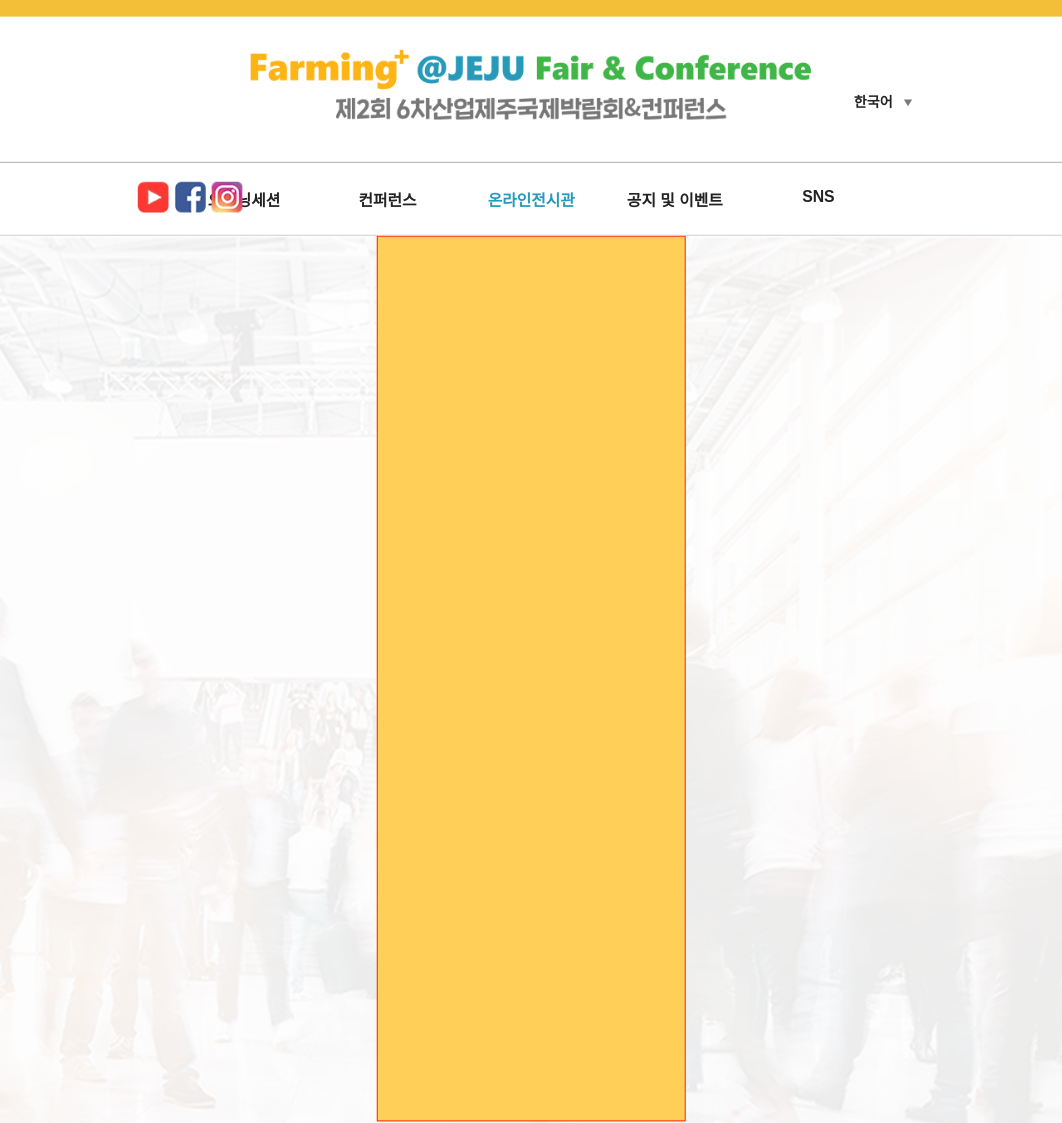
Repository: dfd1123/jeju
Page: public/html/online_exhibition.html
The author's editor kept a copy of each file at every save. The page is drawn from the files as they stood at one save, then again after the next save.
The browser window is 1280 px wide. The pictures show the whole page, at 83% of full size.
Some web fonts or font styles are not loaded; a fallback is used.

Above is the page before, as saved 2020-10-19 20:29:37.

After the next save:
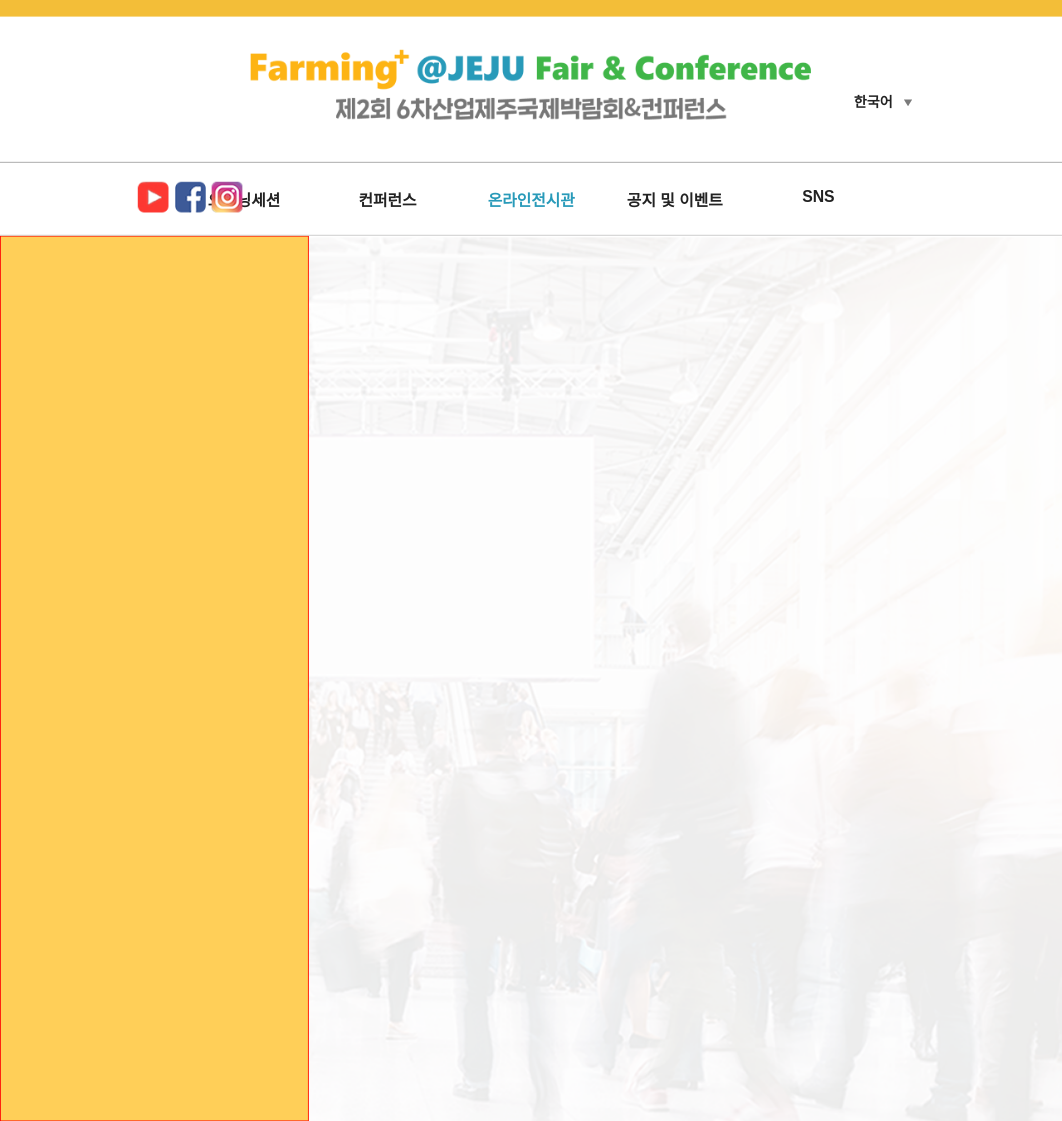
Saved 4 s later.
--- a/public/css/home.css
+++ b/public/css/home.css
@@ -43,6 +43,6 @@
 #ex_container .right img{right:-370px;transform:perspective(500px) rotateY(-10deg);-ms-transform:perspective(500px) rotateY(-10deg);-webkit-transform:perspective(500px) rotateY(-10deg)}
 
 #on_ex_container{position:relative;overflow:hidden;width:100%;margin:0 auto;text-align:center;background:url(/img/bg_onexh.png) no-repeat right top;min-height:1065px;background-size:auto 100%}
-#on_ex_container .left_section{position:relative;display:inline-block;width:30%;min-height:1065px;max-width:370px;background-color:#ffcf58;border:1px solid red;overflow:hidden;}
+#on_ex_container .left_section{position:relative;float:left;width:30%;min-height:1065px;max-width:370px;background-color:#ffcf58;border:1px solid red;overflow:hidden;}
 #on_ex_container .right_section{float:left;width:70%;max-width:370px;}
 ba
